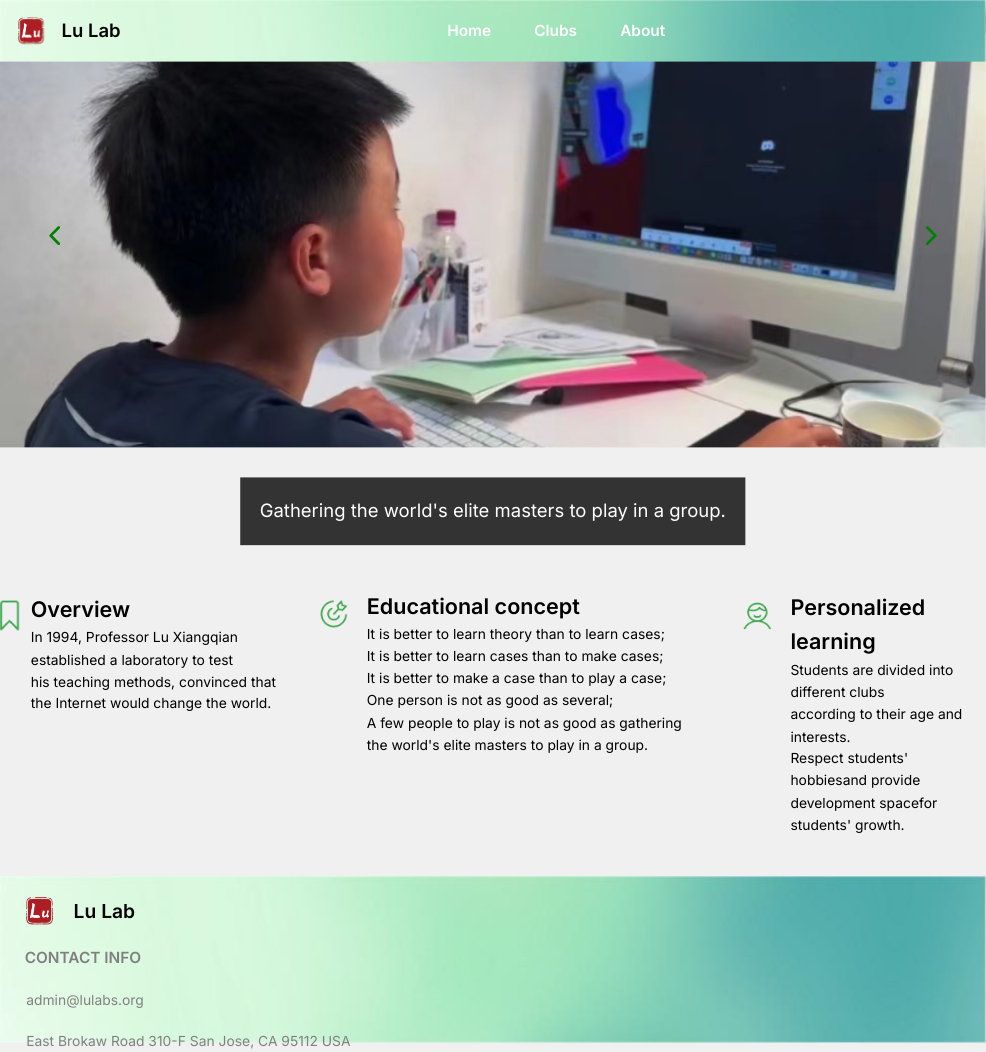
Repository: proflulab/lulab_website_next_js
Page: /
The author's editor kept a copy of each file at every save. The page is drawn from the files as they stood at one save, then again after the next save.
The browser window is 1280 px wide. The pictures show the whole page, at 77% of full size.
The project was rebuilt for these pictures with package versions that can differ from the ones it lists, and the page was loaded fresh each time. The framework's server and built-in components were replaced by stand-ins that run in the browser. Also part of the build but not shown: next.config.js, next.config.mjs.

Above is the page before, as saved 2023-12-27 21:02:12.

### app/layout.tsx
import type { Metadata } from "next";
import { Inter } from "next/font/google";
import "./globals.css";

const inter = Inter({ subsets: ["latin"] });

export const metadata: Metadata = {
  title: "Lu Lab",
  description: "Lu Lab",
};

export default function RootLayout({
  children,
}: {
  children: React.ReactNode;
}) {
  return (
    <html lang="en">
      <body className={inter.className}>{children}</body>
    </html>
  );
}

### app/page.tsx
"use client";
import "./globals.css"; // 引入全局 CSS 文件

import React, { useState, useEffect, useRef } from "react";
import { FontAwesomeIcon } from "@fortawesome/react-fontawesome";
import {
  faChevronLeft,
  faChevronRight,
} from "@fortawesome/free-solid-svg-icons";
import Image from "next/image";

import Navbar from "./title/page";
import End from "./title/end";

// export default Navbar;

const Home: React.FC = () => {
  const [images, setImages] = useState<string[]>([]);
  const [currentImageIndex, setCurrentImageIndex] = useState<number>(0);

  useEffect(() => {
    const imageUrls = ["image3.jpg", "xueyuan.jpg", "image1.jpg"];
    setImages(imageUrls);
  }, []);

  useEffect(() => {
    const interval = setInterval(() => {
      setCurrentImageIndex((prevIndex) =>
        prevIndex === images.length - 1 ? 0 : prevIndex + 1
      );
    }, 5000);

    return () => clearInterval(interval);
  }, [images]);

  const showNextImage = () => {
    setCurrentImageIndex((prevIndex) =>
      prevIndex === images.length - 1 ? 0 : prevIndex + 1
    );
  };

  const showPreviousImage = () => {
    setCurrentImageIndex((prevIndex) =>
      prevIndex === 0 ? images.length - 1 : prevIndex - 1
    );
  };
  const [windowWidth, setWindowWidth] = useState<number>(0);

  const [isMobile, setIsMobile] = useState<boolean>(false);

  useEffect(() => {
    const handleResize = () => {
      const width = window.innerWidth;
      setIsMobile(width <= 768);
    };

    handleResize(); // 初始化时调用一次，设置初始的 isMobile 值

    window.addEventListener("resize", handleResize);

    return () => {
      window.removeEventListener("resize", handleResize);
    };
  }, []); // 空数组作为依赖，确保只在组件挂载时执行一次

  return (
    <>
      <Navbar />
      <div
        style={{
          display: "flex",
          flexDirection: "column",
          alignItems: "center",
        }}
      >
        <div
          style={{
            position: "relative",
            width: "100%",
            height: "85vh",
            maxWidth: "100%",
            maxHeight: "85vh",
          }}
        >
          {images.length > 0 && (
            // eslint-disable-next-line @next/next/no-img-element
            <img
              src={images[currentImageIndex]}
              alt={`Image ${currentImageIndex + 1}`}
              style={{
                width: "100%",
                height: "95%",
                objectFit: "cover",
                ...(isMobile
                  ? {
                      height: "75vh",
                      width: "100%",
                      objectFit: "cover",
                    }
                  : {}),
              }}
            />
          )}
          <div
            style={{
              position: "absolute",
              top: "50%",
              transform: "translateY(-50%)",
              left: "5%",
              right: "5%",
              display: "flex",
              justifyContent: "space-between",
            }}
          >
            <button
              onClick={showPreviousImage}
              style={{ color: "green", fontWeight: "bold", fontSize: "28px" }}
            >
              <FontAwesomeIcon icon={faChevronLeft} />
            </button>
            <button
              onClick={showNextImage}
              style={{ color: "green", fontWeight: "bold", fontSize: "28px" }}
            >
              <FontAwesomeIcon icon={faChevronRight} />
            </button>
          </div>
        </div>

        <div
          style={{
            position: "absolute",
            top: isMobile ? "400px" : "620px",
            justifyContent: "space-between",

            backgroundColor: "#333333",
            color: "#fff",
            padding: "25px",
            zIndex: 1,
            width: isMobile ? "80%" : "auto", // 根据屏幕大小更新宽度
          }}
        >
          <p style={{ fontSize: isMobile ? "20px" : "24px" }}>
            Gathering the world&apos;s elite masters to play in a group.
          </p>
        </div>

        <div
          style={{
            fontWeight: "bold",
            fontSize: "45px",
            color: "#000000",
            textAlign: "center",
            marginTop: "40px",
            marginBottom: "40px",
          }}
        >
          Welcome to Lu Lab
        </div>
        {isMobile && (
          <>
            <div
              style={{
                marginBottom: "20px",
                display: "flex",
                alignItems: "flex-start",
              }}
            >
              <Image
                src="/Overview.png"
                alt=""
                width={25}
                height={35}
                style={{ marginLeft: "-30px" }}
              />
              <div style={{ marginLeft: "15px" }}>
                <p
                  style={{
                    fontSize: "28px",
                    fontWeight: "600",
                    marginBottom: "5px",
                    marginTop: "-5px",
                  }}
                >
                  Overview
                </p>
                <p
                  style={{
                    fontSize: "18px",
                    fontWeight: "400",
                    lineHeight: "1.5",
                  }}
                >
                  In 1994, Professor Lu Xiangqian
                  <br /> established a laboratory to test
                  <br />
                  his teaching methods, convinced that
                  <br /> the Internet would change the world. <br />
                </p>
              </div>
            </div>

            <div
              style={{
                marginBottom: "20px",
                display: "flex",
                alignItems: "flex-start",
              }}
            >
              <Image
                src="/Edu.png"
                alt=""
                width={35}
                height={35}
                style={{ marginLeft: "35px" }}
              />
              <div style={{ marginLeft: "15px" }}>
                <p
                  style={{
                    fontSize: "28px",
                    fontWeight: "600",
                    marginBottom: "5px",
                    marginTop: "-5px",
                  }}
                >
                  Educational concept
                </p>
                <p
                  style={{
                    fontSize: "18px",
                    fontWeight: "400",
                    lineHeight: "1.5",
                  }}
                >
                  It is better to learn theory than to learn cases;
                  <br />
                  It is better to learn cases than to make cases;
                  <br />
                  It is better to make a case than to play a case;
                  <br />
                  One person is not as good as several;
                  <br />
                  A few people to play is not as good as gathering
                  <br />
                  the world&apos;s elite masters to play in a group.
                </p>
              </div>
            </div>

            <div
              style={{
                marginBottom: "20px",
                display: "flex",
                alignItems: "flex-start",
              }}
            >
              <Image
                src="/Person.png"
                alt=""
                width={35}
                height={35}
                style={{ marginLeft: "-15px" }}
              />
              <div style={{ marginLeft: "15px" }}>
                <p
                  style={{
                    fontSize: "28px",
                    fontWeight: "600",
                    marginBottom: "5px",
                    marginTop: "-5px",
                  }}
                >
                  Personalized learning
                </p>
                <p
                  style={{
                    fontSize: "18px",
                    fontWeight: "400",
                    lineHeight: "1.5",
                  }}
                >
                  Students are divided into different clubs
                  <br />
                  according to their age and interests.
                  <br />
                  Respect students&apos; hobbies and provide
                  <br />
                  development space for students&apos; growth.
                </p>
              </div>
            </div>
          </>
        )}

        {!isMobile && (
          <div
            style={{
              display: "flex",
              justifyContent: "left",
              marginTop: "20px",
            }}
          >
            <div style={{ flex: "1.2", marginRight: "20px" }}>
              <Image src="/Overview.png" alt="" width={25} height={35} />
              <div style={{ marginLeft: "40px" }}>
                <p
                  style={{
                    color: "black",
                    fontSize: "28px",
                    fontWeight: "600",
                    marginTop: "-50px",
                    textAlign: "left",
                  }}
                >
                  Overview
                </p>
                <p
                  style={{
                    color: "black",
                    fontSize: "18px",
                    fontWeight: "400",
                    textAlign: "left",
                  }}
                >
                  In 1994, Professor Lu Xiangqian
                  <br /> established a laboratory to test
                  <br />
                  his teaching methods, convinced that
                  <br /> the Internet would change the world. <br />
                </p>
              </div>
            </div>
            <div
              style={{ flex: "1.5", marginRight: "60px", marginLeft: "20px" }}
            >
              {" "}
              {/* 将 Edu 部分的 flex 值调整为 1.5 */}
              <Image src="/Edu.png" alt="" width={35} height={35} />
              <div style={{ marginLeft: "60px" }}>
                <p
                  style={{
                    color: "black",
                    fontSize: "28px",
                    fontWeight: "600",
                    marginTop: "-50px",
                    textAlign: "left",
                  }}
                >
                  Educational concept
                </p>
                <p
                  style={{
                    color: "black",
                    fontSize: "18px",
                    fontWeight: "400",
                    textAlign: "left",
                  }}
                >
                  It is better to learn theory than to learn cases;
                  <br /> It is better to learn cases than to make cases;
                  <br /> It is better to make a case than to play a case;
                  <br /> One person is not as good as several;
                  <br /> A few people to play is not as good as gathering
                  <br /> the world&apos;s elite masters to play in a group.
                </p>
              </div>
            </div>
            <div style={{ flex: "1", marginLeft: "20px" }}>
              <Image src="/Person.png" alt="" width={35} height={35} />
              <div style={{ marginLeft: "60px" }}>
                <p
                  style={{
                    color: "black",
                    fontSize: "28px",
                    fontWeight: "600",
                    marginTop: "-50px",
                    textAlign: "left",
                  }}
                >
                  Personalized learning
                </p>
                <p
                  style={{
                    color: "black",
                    fontSize: "18px",
                    fontWeight: "400",
                    textAlign: "left",
                  }}
                >
                  Students are divided into different clubs
                  <br /> according to their age and interests.
                  <br /> Respect students&apos; hobbiesand provide
                  <br /> development spacefor students&apos; growth.
                </p>
              </div>
            </div>
          </div>
        )}

        <hr
          style={{
            marginBottom: "50px",
          }}
        />
        <End />
      </div>
    </>
  );
};

export default Home;

### app/globals.css
@tailwind base;
@tailwind components;
@tailwind utilities;
/* 全局样式 */
body {
  font-family: Arial, sans-serif;
  margin: 0;
  padding: 0;
  background-color: #f0f0f0;
  color: #333;
}

h1 {
  font-size: 2em;
  margin-bottom: 20px;
}

p {
  font-size: 16px;
  line-height: 1.5;
}

/* 媒体查询 */
/* 在小屏幕上应用的样式 */
/* globals.css 或者其他全局CSS文件 */
/* 在文件中添加媒体查询样式 */

/* 较小屏幕尺寸下调整内容位置 */
@media (max-width: 768px) {
  .additional-content {
    top: 550px; /* 调整顶部位置 */
    padding: 15px; /* 调整内边距 */
  }
}

/* 更小屏幕尺寸下调整内容位置 */
@media (max-width: 480px) {
  .additional-content {
    top: 500px; /* 更进一步调整顶部位置 */
    padding: 10px; /* 更进一步调整内边距 */
  }
}

/* 更多媒体查询和样式 */

@media (max-width: 768px) {
  body {
    font-size: 14px;
  }

  h1 {
    font-size: 1.5em;
    margin-bottom: 15px;
  }

  p {
    font-size: 14px;
    line-height: 1.4;
  }
}

/* 在更小的屏幕上应用的样式 */
@media (max-width: 480px) {
  body {
    font-size: 12px;
  }

  h1 {
    font-size: 1.2em;
    margin-bottom: 10px;
  }

  p {
    font-size: 12px;
    line-height: 1.3;
  }
}

/* 在大屏幕上应用的样式 */
@media (min-width: 1200px) {
  body {
    font-size: 18px;
  }

  h1 {
    font-size: 2.5em;
    margin-bottom: 25px;
  }

  p {
    font-size: 18px;
    line-height: 1.6;
  }
}

/* 更多自定义样式和媒体查询可以按需添加 */

### app/title/end.tsx
"use client";
import Link from "next/link";
import { useState, useEffect, useRef } from "react";
import Image from "next/image";
const End: React.FC = () => {
  return (
    <div style={{ position: "relative" }}>
      <Image src="/title.jpg" alt="" height="230" width="1700" />
      <div
        style={{
          position: "absolute",
          top: "20px",
          left: "2%",
          display: "flex",
          alignItems: "center",
        }}
      >
        <Image src="/logo.png" alt="" height="50" width="50" />
        <p
          style={{
            color: "black",
            fontSize: "25px",
            fontWeight: "600",
            marginLeft: "20px",
          }}
        >
          Lu Lab
        </p>
      </div>
      <div
        style={{
          position: "absolute",
          top: "90px",
          left: "2.5%",
          textAlign: "left",
        }}
      >
        <div
          style={{
            color: "grey",
            fontSize: "20px",
            fontWeight: "600",
          }}
        >
          CONTACT INFO
        </div>
        <div
          style={{
            color: "grey",
            fontSize: "18px",
            fontWeight: "400",
            marginLeft: "2px",
            textAlign: "left",
          }}
        >
          <br />
          admin@lulabs.org
          <br />
          <br />
          East Brokaw Road 310-F San Jose, CA 95112 USA <br />
        </div>
      </div>
    </div>
  );
};
export default End;

Loaded but not shown: tailwind.config.ts (common file); app/title/page.tsx (272 lines, source omitted)

After the next save:
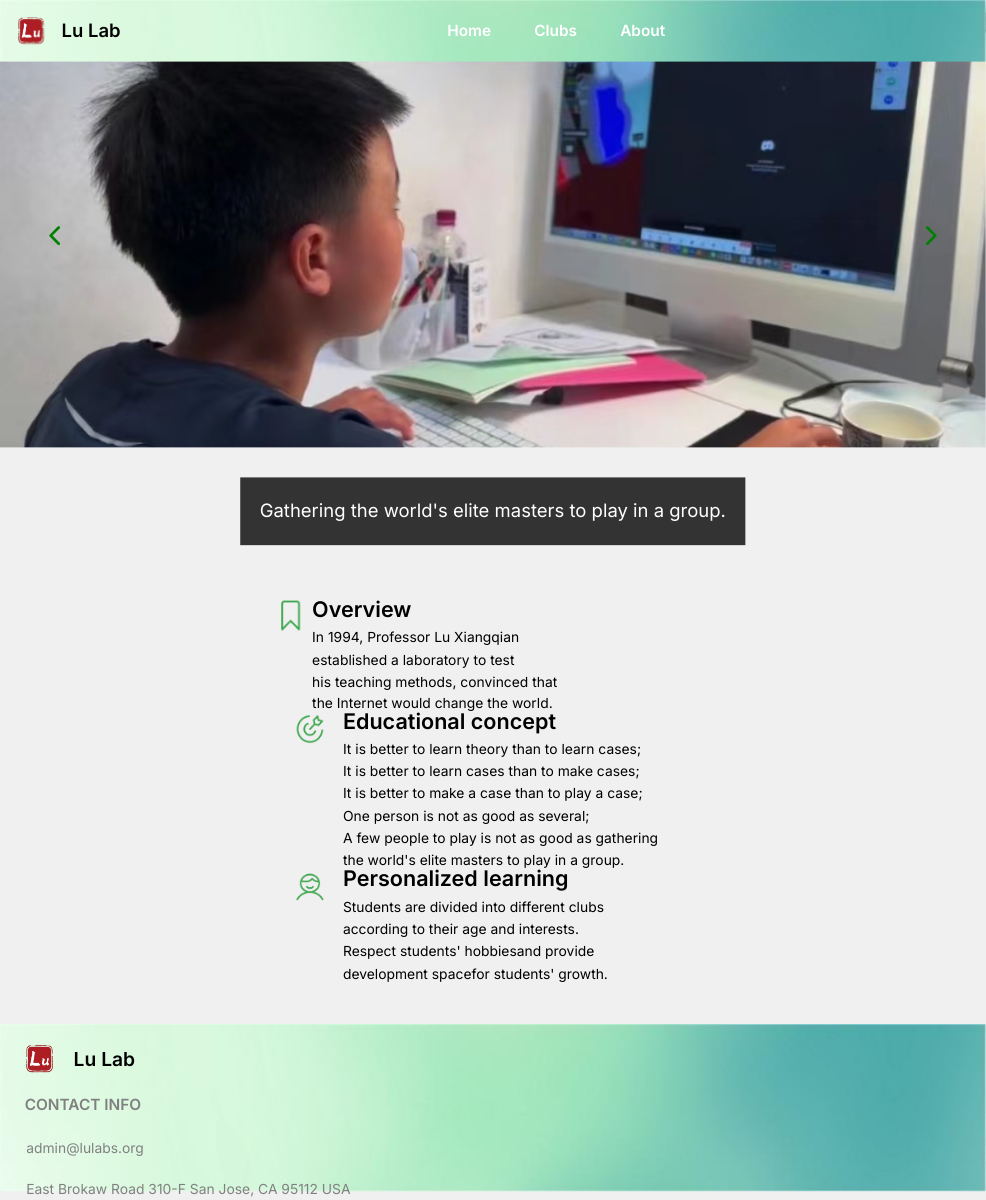
Saved 23 s later.
--- a/app/page.tsx
+++ b/app/page.tsx
@@ -295,7 +295,7 @@
         {!isMobile && (
           <div
             style={{
-              display: "flex",
+              display: "inline",
               justifyContent: "left",
               marginTop: "20px",
             }}

After the save that followed:
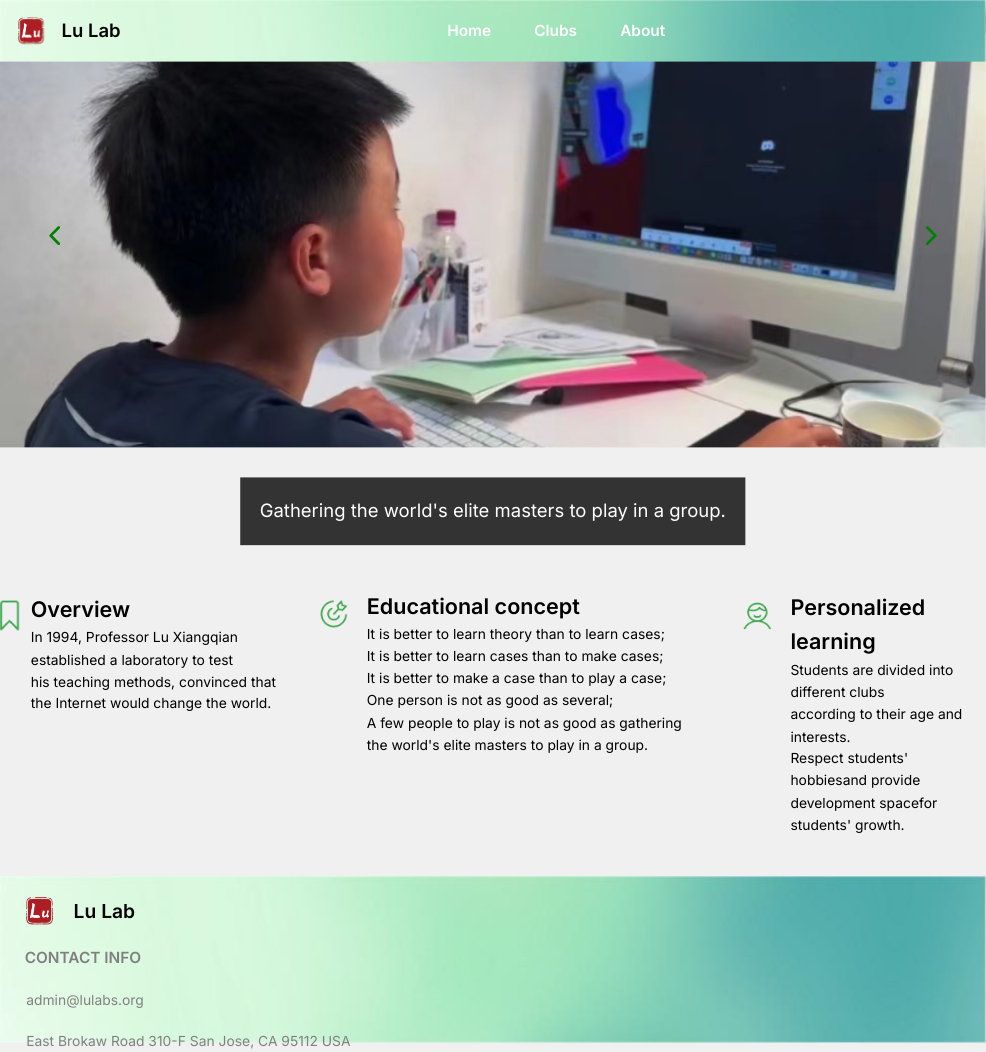
Saved 7 s later.
--- a/app/page.tsx
+++ b/app/page.tsx
@@ -295,7 +295,7 @@
         {!isMobile && (
           <div
             style={{
-              display: "inline",
+              display: "flex",
               justifyContent: "left",
               marginTop: "20px",
             }}
